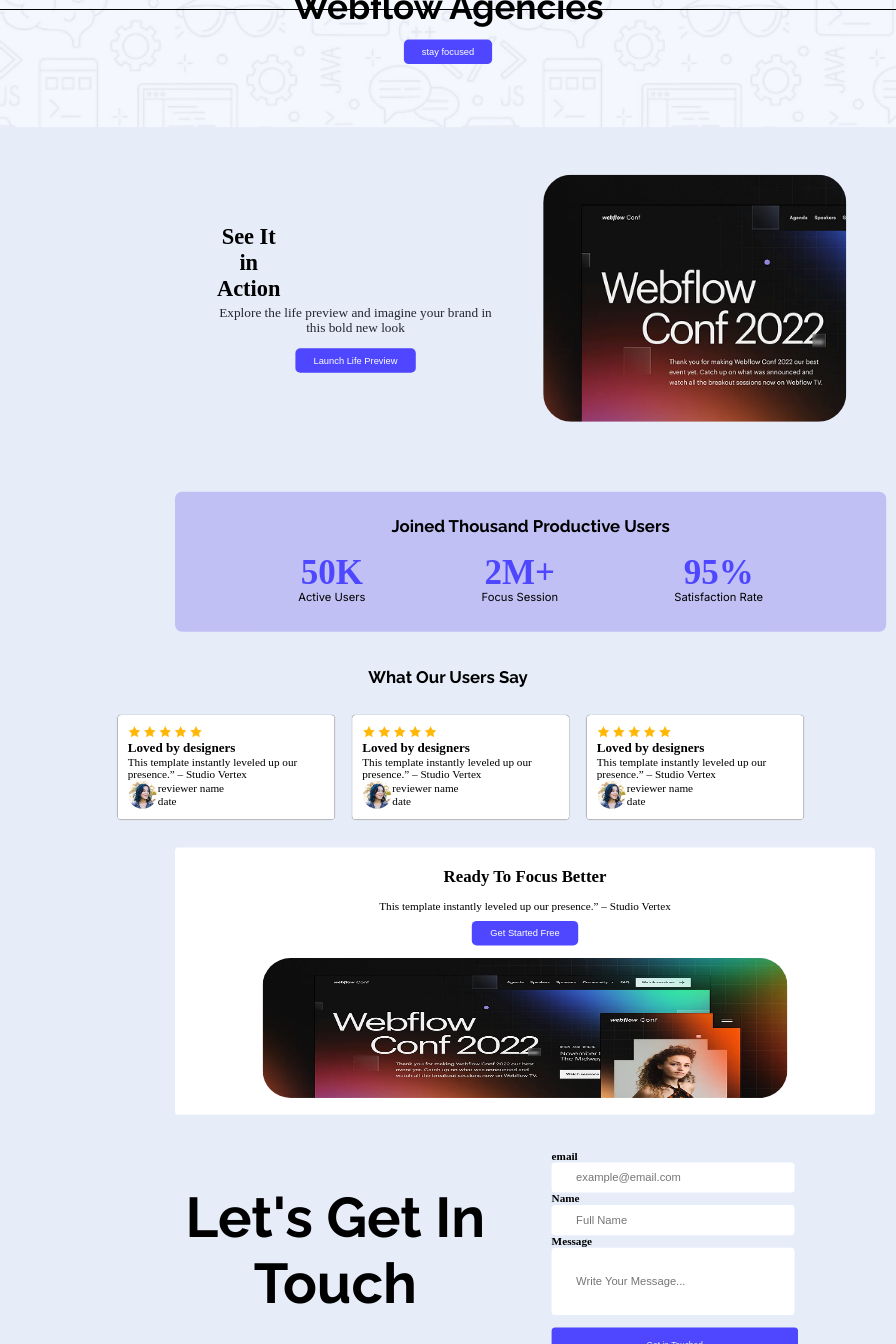
Repository: dollyrakhe22/landing-launchpad
Page: index.html
These files come from the project's save history. The page is drawn as it stood at one moment and after the next save; the edit follows.
The browser window is 1280 px wide. The pictures show the part of the page from y = 351 to 2271 px (the page is 2620 px tall before and 2599 px after), at 70% of full size.

Above is the page before, as saved 2025-07-11 16:07:17.

### index.html
<!DOCTYPE html>
<html lang="en">
<head>
    <meta charset="UTF-8">
    <meta name="viewport" content="width=device-width, initial-scale=1.0">
    <title>Landing Launchpad</title>
    <link rel="preconnect" href="https://fonts.googleapis.com">
    <link rel="preconnect" href="https://fonts.googleapis.com">
<link rel="preconnect" href="https://fonts.gstatic.com" crossorigin>
<link href="https://fonts.googleapis.com/css2?family=Inter:ital,opsz,wght@0,14..32,100..900;1,14..32,100..900&family=Open+Sans:ital,wght@0,300..800;1,300..800&family=Raleway:ital,wght@0,100..900;1,100..900&display=swap" rel="stylesheet">
    <link rel="stylesheet" href="style.css">
   </head>
   <body>
    <header>

        <nav>
         <h2 class="inter-normal">LOGO</h2>
            <a href="#"><button class="btn">sign up</button></a>
        </nav>
        <div class="banner-section">
             <h1 class="raleway-normal" >Cool Dark UI Template for <br>Webflow Agencies</h1><br>
            <a href=""><button class="button-container">stay focused</button></a>
        </div>
    </header>
    <main>
           <!--action-container--->
           <div class="section-1">
            <div class="action-text">
                <div>
                <h1 class="">See It in Action</h1>
                <p class="" >Explore the life preview and imagine your brand in this bold new look</p><br>
                 <a href=""><button class="button-container">Launch Life Preview</button></a>
                 </div>
                 </div>
                <div>
                     <img src="Assets/wc-mini.png" weight="90%"height="100%"
                     alt="" srcset="">
                </div>
            </div>
           <!--Users-Section-->
           <section class="users-container">
            <h1 class="raleway-normal">Joined Thousand Productive Users</h1>
            <div class="contain">
                 <div>
                <h1>50K</h1>
                <p class="inter-normal">Active Users</p>
            </div>
            <div>
                <h1>2M+</h1>
                <p class="inter-normal">Focus Session</p>
            </div>
            <div>
                <h1>95%</h1>
                <p class="inter-normal">Satisfaction Rate</p>
            </div>
            </div>


           </section>
            <!--Review-Card-->
            <section class="review-card">
                <h1 class="raleway-normal">What Our Users Say</h1>
                <div class="review-box">


                    <div class="box-1">
                 <div class="stars">
                   <img src="Assets/icon-star.png" alt="" srcset="">
                   <img src="Assets/icon-star.png" alt="" srcset="">
                   <img src="Assets/icon-star.png" alt="" srcset="">
                   <img src="Assets/icon-star.png" alt="" srcset="">
                   <img src="Assets/icon-star.png" alt="" srcset="">
                </div>
                <h3>Loved by designers</h3>
                <p>This template instantly leveled up our<br> presence.” – Studio Vertex</p>
                <div class="avater">
                <div class="user-details">
                    <img src="Assets/avatar.png" alt="" srcset="">

                <p>reviewer name<br>date</p>

                </div>
                </div>

               </div>

                <div class="box-1">
                     <div class="stars">
                   <img src="Assets/icon-star.png" alt="" srcset="">
                   <img src="Assets/icon-star.png" alt="" srcset="">
                   <img src="Assets/icon-star.png" alt="" srcset="">
                   <img src="Assets/icon-star.png" alt="" srcset="">
                   <img src="Assets/icon-star.png" alt="" srcset="">
                </div>
                <h3>Loved by designers</h3>
                <p>This template instantly leveled up our<br> presence.” – Studio Vertex</p>
                <div class="avater">
                <div class="user-details">
                    <img src="Assets/avatar.png" alt="" srcset="">

                <p>reviewer name<br>date</p>

                </div>
                </div>
                </div>



                <div class="box-1">
                         <div class="stars">
                   <img src="Assets/icon-star.png" alt="" srcset="">
                   <img src="Assets/icon-star.png" alt="" srcset="">
                   <img src="Assets/icon-star.png" alt="" srcset="">
                   <img src="Assets/icon-star.png" alt="" srcset="">
                   <img src="Assets/icon-star.png" alt="" srcset="">
                </div>
                <h3>Loved by designers</h3>
                <p>This template instantly leveled up our<br> presence.” – Studio Vertex</p>
                <div class="avater">
                <div class="user-details">
                    <img src="Assets/avatar.png" alt="" srcset="">

                <p>reviewer name<br>date</p>

                </div>
                </div>
                </div>
                </div>
            </section>
<!--Focus-Section-->
<section class="focus-container">
        <div>
            <h1>Ready To Focus Better</h1>
            <p>This template instantly leveled up our presence.” – Studio Vertex</p>
            <a href=""><button class="button-container">Get Started Free</button></a>
        </div>
        <br>
        <div>
            <img src="Assets/wc-big.png" alt="" srcset="">
        </div>





</section>

<section>
 <div>
    <div class="lets">
        <h1 class="raleway-normal">Let's Get In<br>Touch</h1>
  <div class="wrapper">
    <div class="input-data">
        <h4>email</h4>
        <input type="email" placeholder="example@email.com"><br>
       <h4>Name</h4>
       <input type="name" placeholder="Full Name"><br>
          <h4>Message</h4>
        <input type="text" placeholder="Write Your Message..." class="input-message"><br><br>
         <input type="button" value="Get in Touched" class="input-button">


    </div>

  </div>
    </div>
 </div>
</section>
    </main>
<!--Footer-Section-->
    <footer>
<div class="footer-header">

           <div>
            <img src="Assets/LOGO.png" alt="" srcset="" width="170px">
           </div><br>

            <p>Ready to elevate your online presence? Contact us today to discuss<br>
                 your project and discover how we can bring your vision to life.</p><br>

              <div class="footer-list-container">
                 <ul class="list">
                  <li><a href="">Home</a></li>
                  <li><a href="">About</a></li>
                  <li><a href="">How its Work</a></li>
                  <li><a href="">Services</a></li>



                 </ul>
              </div>




</div>

    </footer>
</body>
</html>

### style.css
*{
    padding: 0;
    margin: 0;
}
body{
    background-color:#E6EDF9 ;
}
.inter-normal {
  font-family: "Inter", sans-serif;
  font-optical-sizing: auto;
  font-style: normal;


}


header{
    background-image: url("Assets/Hero-bg.png");


}
/*nav style*/
h2{
    color:#4E47FF;
   font-weight:bolder;
   font-size: 35px;


}



nav{
    display: flex;
    justify-content: space-between;
    padding: 70px;
}
nav button{
    text-decoration: none;
    padding: 10px 25px;
    background-color:#4E47FF ;
    color:white;
    border-radius: 5px;
    border: none;


}
.btn:hover{
    cursor: pointer;
    background-color: rgb(214, 133, 133);
    color: black;
}
.raleway-normal{
  font-family: "Raleway", sans-serif;
  font-optical-sizing: auto;
  font-style: normal;
}
.banner-section{
    text-align: center;
    padding: 90px;
}
.banner-section h1{
    font-weight: bolder;
    font-size: 50px;
}
.button-container{
     padding: 10px 26px;
    background-color:#4E47FF ;
    color:white;
    border-radius: 7px;
    border: none;

}
.button-container:hover{
    cursor: pointer;
    background-color: rgb(214, 133, 133);
    color: black;
}
/*action-container*/

.section-1{
    display: flex;
    justify-content: space-between;
    padding: 50px;
    margin: 190px;
    margin-top: 18px;

}
.action-text{
    text-align: center;
    margin: 50px;
    padding: 20px;
}
.section-1 h3{
    font-size: 40px;
}
.section-1  p{
    color:#252432;
    font-size: 19px;
}
.section-1 img{
    border-radius: 40px;


}

.action-text h1{
    margin: 0px 300px 0px 0px;
    padding: 0px 5px 5px 0px;
}









/*Users- Section*/
.users-container{

    text-align: center;
    border: none;
    background-color: #c1c0f4;
    max-width: 996px;
    padding:10px;
    margin: 0px 0px 0px 250px;
    margin-bottom: 50px;
    margin-top: -140px;
    border-radius: 10px;


}
.users-container{
    width: 100%;
    height: 180px;
}
.users-container h1{
    line-height: 50px;
    padding-top: 15px;

}
.contain{
    display: flex;
    justify-content: center;
    justify-content: space-evenly;
    margin-bottom: 30px;



}
.contain h1{
    color: #4E47FF ;
    font-weight: bold;
    font-size: 50px;

}
/*Review-Card*/

   .box-1{
    border: none;
    width:280px;
    padding: 20px;
    margin-right: 5px;
    background-color:#ffff;
    border-radius: 5px;
    box-shadow: 0px 0px 1px 0px;
    padding: 15px;

   }
.review-box{
    display: flex;
    justify-content: center;
    gap: 20px;
    margin: 40px 0px 40px 40px;


}


.review-card h1{
    text-align: center;
}
.user-details img{
    border-radius: 50%;
}
.user-details{
    display: flex;
    align-items: center;
    gap:2px;
}

/*Focus-Section*/
.focus-container{
    text-align: center;
    margin-bottom: 50px;
    border: none;
    margin-left: 250px;
    padding: 20px 10px 20px 10px;
    width: 980px;
    background-color:#ffff ;
    border-radius: 5px;



}
.focus-container h1 {
    line-height: 45px;
}
.focus-container p{
    line-height: 40px;
}
.focus-container img{
    width: 750px;
    height: 200px;
    border-radius: 40px;
}
.lets{
    display: flex;
    justify-content: center;
    margin-bottom: 40px;
    margin: 48px 170px;
    justify-content: space-evenly;
}
.lets h1{
        text-align: center;
        margin: 50px;
        font-size: 80px;
        font-weight: bold;
}
.wrapper .input-data{
    height: 0px;
    width: 100%;
}
input{
    width: 100%;
    border: none;
    height: 7px;
    font-size: 16px;
    outline: none;
    padding: 18px 35px;
    border-radius: 5px;
    background-color: #ffff;
}
.input-message{
    height: 60px;
    width: 100%;
    border: none;
     background-color: #ffff;

}

.input-button:hover{
    cursor: pointer;
    background-color: rgb(214, 133, 133);
    color: black;
}
.input-button{
    background-color: #4E47FF;
    padding-bottom: 26px;
    width:127%;
    color:#E6EDF9;
    font-size: 12px;


}
/*--footer-Section--*/
footer{
         height: 290px;
         background-color:#ffff ;

}

footer p{
    color: #8987A1;
    font-size: 15px;
}
.footer-header{
    text-align: center;
    padding: 70px;

}
.footer-list-container ul li{
        list-style: none;
        text-decoration: none;
        display: flex;
        justify-content: center;

}
.footer-list-container ul li a{
    text-decoration: none;
    color: #8987A1;


}
.footer-list-container .list{
    display: flex;
    justify-content: center;
    gap: 25px;

}

After the next save:
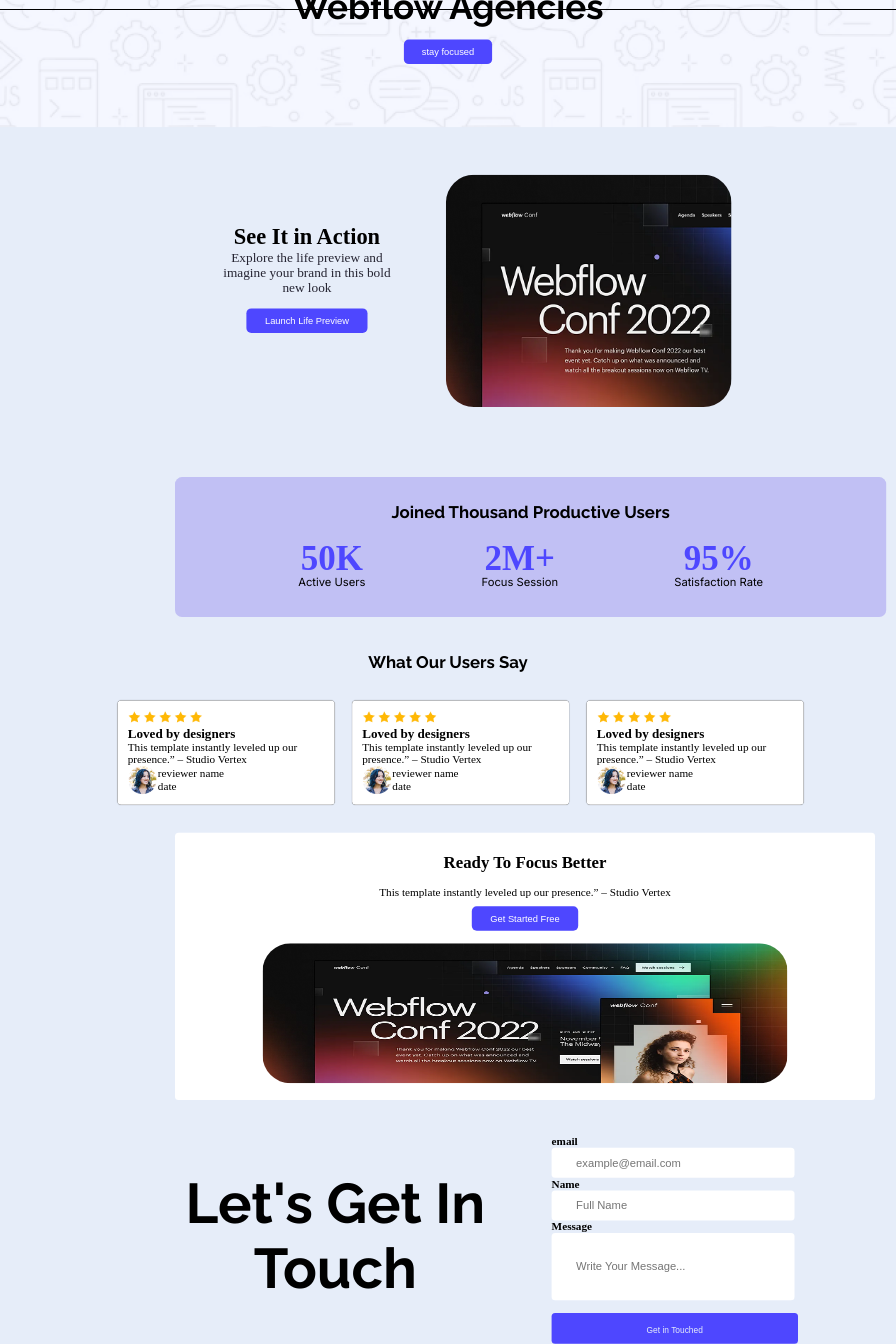
Saved 25 s later.
--- a/style.css
+++ b/style.css
@@ -104,7 +104,7 @@
 
 }
 
-.action-text h1{
+.action-text h1 p {
     margin: 0px 300px 0px 0px;
     padding: 0px 5px 5px 0px;
 }

After the save that followed:
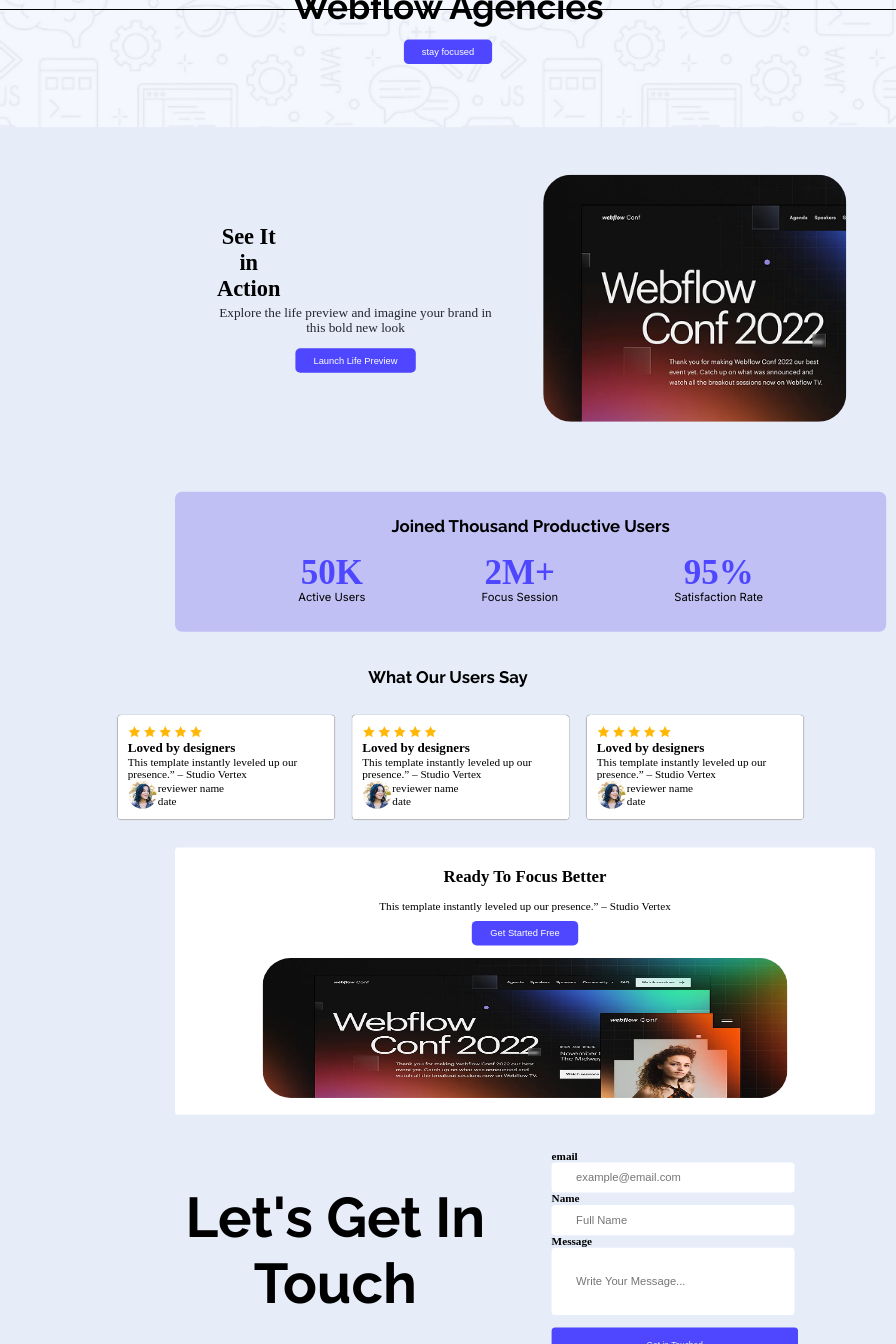
Saved 106 s later.
--- a/style.css
+++ b/style.css
@@ -104,7 +104,7 @@
 
 }
 
-.action-text h1 p {
+.action-text h1{
     margin: 0px 300px 0px 0px;
     padding: 0px 5px 5px 0px;
 }
